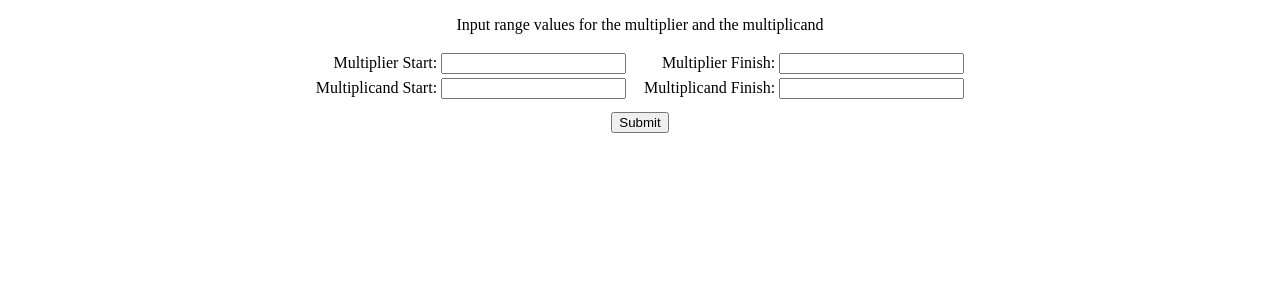
Repository: khrasna/HW4Part2
Page: index.html
The author's editor kept a copy of each file at every save. The page is drawn from the files as they stood at one save, then again after the next save.
The browser window is 1280 px wide. The pictures show the whole page.

Above is the page before, as saved 2021-11-13 12:35:17.

### index.html
<!-- HTML file for Assignment 3
By Karsten Hrasna  email Karsten_Hrasna@student.uml.edu-->
<!DOCTYPE html>
<html>

<head>
    <title>Multiplication Table</title>
    <link rel="stylesheet" href="style.css">
    <script src="https://ajax.googleapis.com/ajax/libs/jquery/3.5.1/jquery.min.js"></script>
    <script src="./dist/jquery.validate.min.js"></script>
    <script src="./formvalidate.js"></script>
</head>

<body>
    <p>Input range values for the multiplier and the multiplicand</p>
    <div id="container">
        <!-- Learned from W3schools. Creates a form which takes number ranges for multiplier and multiplicand. -->

        <form id="FormInput" action="javascript:void(0);" method="get"> <!--Learned about javascript:void(0) from Dutchie432 at https://stackoverflow.com/questions/1818249/form-with-no-action-and-where-enter-does-not-reload-page-->
            <table>
                <tr>
                    <td class="pad">Multiplier Start: <input input="text" name="MultiplierStart"></td>
                    <td>Multiplier Finish: <input type="text" name="MultiplierFinish"></td>
                </tr>
                <tr>
                    <td class="pad">Multiplicand Start: <input type="text" name="MultiplicandStart"></td>
                    <td>Multiplicand Finish: <input type="text" name="MultiplicandFinish"></td>
                </tr>
            </table>
            <input type="submit" value="Submit"> <!--goes directly under form and processes the input to create a mult table-->
        </form>
        <p id="inputError"></p>
    </div>


</body>

</html>

### style.css
/*Created by Karsten Hrasna. email: Karsten_Hrasna@student.uml.edu*/
html,
body {
    height: 97%;
    text-align: center;
}

div#container {
    display: grid;
    grid-template-columns: 100%;
    /* top row of grid holds the form for input, the rest of page holds the multiplication table*/
    grid-template-rows: minmax(90px, 15%) auto;
    height: 97%;

}

#multTable {
    margin: auto;
    border-collapse: separate;
    border-spacing: 0;
    grid-row: 2;
    /*the dynamically sized multiplication table */
    margin-top: 0px;
    border-bottom: 0px;

}

input[type=submit] {
    /* submit button under form spaced here */
    margin-top: 10px;
    margin-bottom: 0px;
}

#multTable td,
th {
    border: solid;
    border-color: black;
    min-width: 70px;
    font-size: 30px;
    height: 70px;
}


#multTable th {
    position: sticky;
    top: 0px;
    border-right: solid;
    border-right-color: white;
    border-bottom: solid;
    border-bottom-color: white;
    background-color: black;
    color: white;

}

#multTable th:first-child {
    position: sticky;
    top: 70px;
    left: 0;
}


.sticky {
    position: fixed;
    top: 0px;
    /* get the headers to stay fixed on mult table */
    width: 100%;
}

#multTable tr:first-child th:first-child {
    border: none;
    background-color: white;
}

#multTable p.inputError {
    margin: 0px;
}

form {
    grid-row: 1;
    margin-bottom: 0px;
}

table {
    margin-left: auto;
    margin-right: auto;
}

form td {
    text-align: right;
    /*line up the input form textboxes*/
}

form p {
    margin: 0px;
}

td.pad {
    padding-right: 15px;
}

### formvalidate.js
$(function () {


    $('#FormInput').validate({
            rules: {
                MultiplierStart: {
                    required: true,
                    range: [-50, 50]
                },
                MultiplierFinish: {
                    required: true,
                    range: [-50, 50]
                },

                MultiplicandStart: {
                    required: true,
                    range: [-50, 50]
                },

                MultiplicandFinish: {
                    required: true,
                    range: [-50, 50]
                }
            },

            messages: {
                MultiplierStart: {
                    digit: "Multiplier Start must be a digit",
                    required: "Multiplier Start must be a digit between -50 and 50",
                    range: "The range of Multiplier Start must stay within -50 and 50"
                },

                MultiplierFinish: {
                    digit: "Multiplier Finish must be a digit",
                    required: "Multiplier Finish must be a digit between -50 and 50",
                    range: "The range of Multiplier Finish must stay within -50 and 50"
                },

                MultiplicandStart: {
                    digit: "Multiplicand Start must be a digit",
                    required: "Multiplicand Start must be a digit between -50 and 50",
                    range: "The range of Multiplicand Start must stay within -50 and 50"
                },

                MultiplicandFinish: {
                    digit: "Multiplicand Finish must be a digit",
                    required: "Multiplicand Finish must be a digit between -50 and 50",
                    range: "The range of Multiplicand Finish must stay within -50 and 50"
                }
           },

            errorPlacement: function (error, element) {
                $(error).appendTo($(('#inputError')));
        },
        errorElement: "p",
    });

});

Loaded but not shown: dist/jquery.validate.min.js (library)

After the next save:
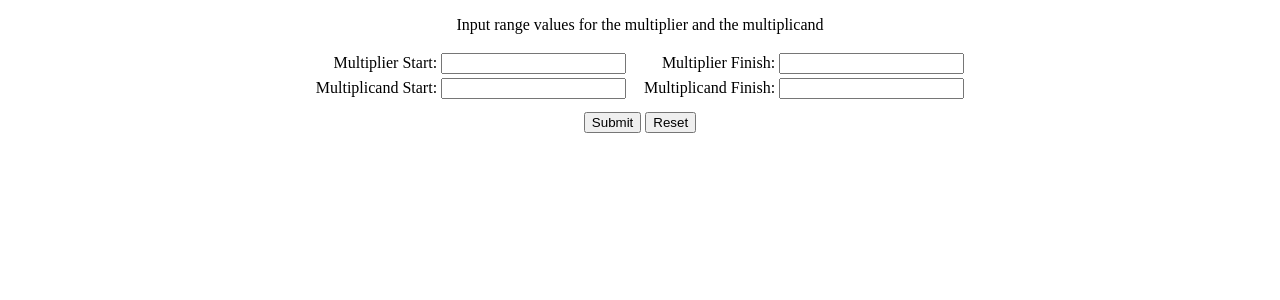
Saved 2 min 8 s later.
--- a/index.html
+++ b/index.html
@@ -28,6 +28,7 @@ By Karsten Hrasna  email Karsten_Hrasna@student.uml.edu-->
                 </tr>
             </table>
             <input type="submit" value="Submit"> <!--goes directly under form and processes the input to create a mult table-->
+            <input type="reset" value="Reset">
         </form>
         <p id="inputError"></p>
     </div>
